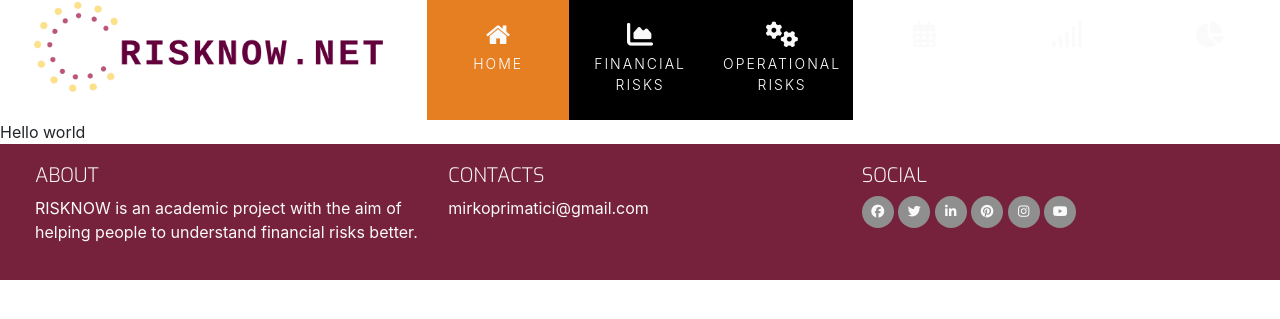
Repository: mirkoprimaticix/risknow.net
Page: index.html
The author's editor kept a record of every edit. The page is drawn from the files as they stood at one moment, then again after the next edit.
The browser window is 1280 px wide. The pictures show the whole page.
Some web libraries are served in a nearby version.

Above is the page before.
Console error: TypeError: Cannot read properties of undefined (reading 'fn')

After the next edit:
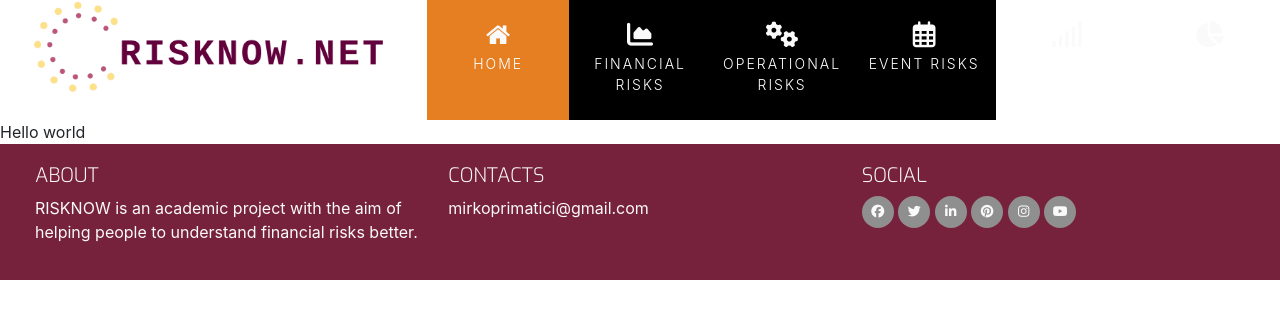
The edit:
--- a/assets/css/style.css
+++ b/assets/css/style.css
@@ -31,6 +31,10 @@
 }
 
 .ui-menu-color-or {
+    background-color: black;
+}
+
+.ui-menu-color-er {
     background-color: black;
 }
 
